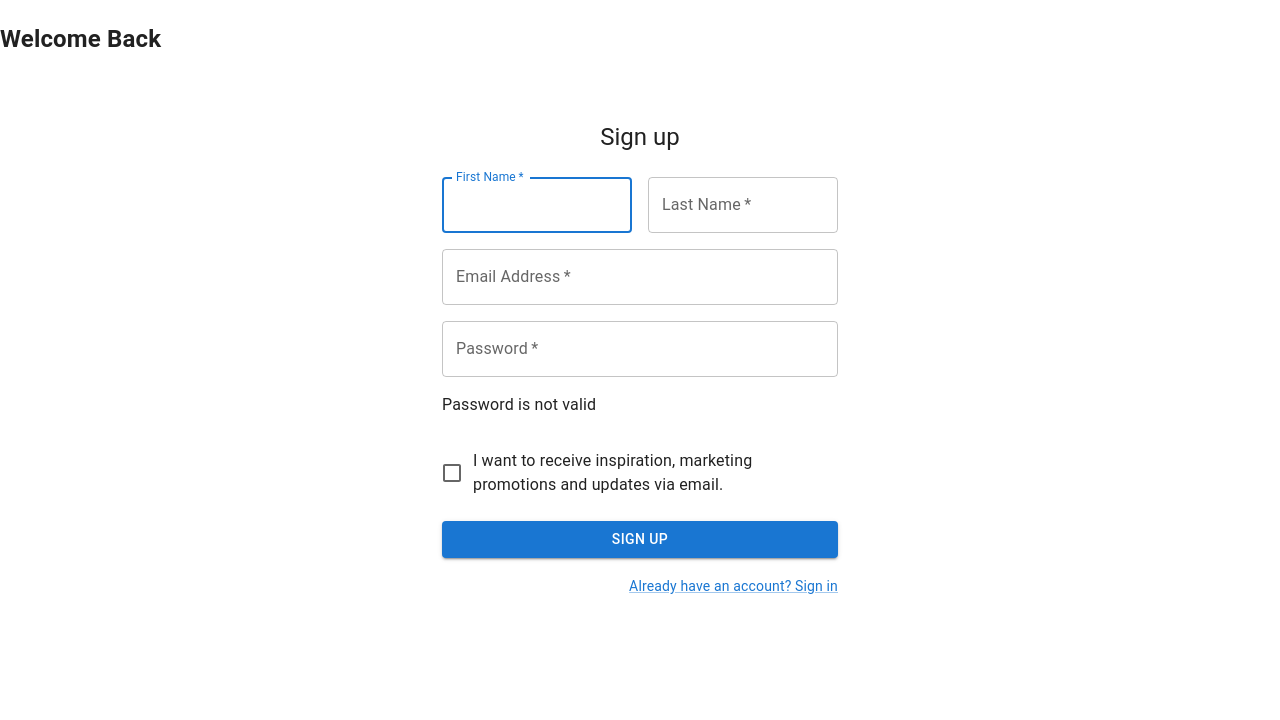
Repository: NGHIAVN1/Note
Page: /
An editor plug-in stored every save of this project. The page is shown before and after the next save, followed by the edit.
The browser window is 1280 px wide. The pictures show the whole page.
The project was rebuilt for these pictures with package versions that can differ from the ones it lists, and the page was loaded fresh each time. Also part of the build but not shown: vite.config.js, src/Pet.jsx, src/useBreedList.jsx, src/SearchParams.jsx.

Above is the page before, as saved 2024-03-05 16:36:57.

### src/index.html
<!DOCTYPE html>
<html lang="en">

<head>
  <meta charset="UTF-8">
  <meta name="viewport" content="width=device-width, initial-scale=1.0">
  <meta http-equiv="X-UA-Compatible" content="ie=edge">
  <title>Adopt Me</title>
</head>

<body>
  <div id="root">not rendered</div>
  <script type="module" src="./App.jsx">
    // Your code is going to go here

  </script>
</body>

</html>

### src/App.jsx
import React from "react";
import "./Register";
import "./SearchParams";
import { createRoot } from "react-dom/client";
import SearchParams from "./SearchParams";
import RegisterUser from "./Register";

const App = () => {
  return (
    <div>
      <h1></h1>
      <h2>Welcome Back</h2>

      <RegisterUser />
    </div>
  );
};

const container = document.getElementById("root");
const root = createRoot(container);
root.render(React.createElement(App));

### src/Register.jsx
import * as React from "react";
import Avatar from "@mui/material/Avatar";
import Button from "@mui/material/Button";
import CssBaseline from "@mui/material/CssBaseline";
import TextField from "@mui/material/TextField";
import FormControlLabel from "@mui/material/FormControlLabel";
import Checkbox from "@mui/material/Checkbox";
import Link from "@mui/material/Link";
import Grid from "@mui/material/Grid";
import Box from "@mui/material/Box";
import LockOutlinedIcon from "@mui/icons-material/LockOutlined";
import Typography from "@mui/material/Typography";
import Container from "@mui/material/Container";
import { createTheme, ThemeProvider } from "@mui/material/styles";
import { useState } from "react";

const defaultTheme = createTheme();

export default function RegisterUser() {
  const handleSubmit = (event) => {
    event.preventDefault();
    const data = new FormData(event.currentTarget);
    console.log({
      email: data.get("email"),
      password: data.get("password"),
    });
  };
  const [password, setPassword] = useState("");
  const validatePassword = (password) => {
    const regex =
      /^(?=.*[A-Za-z])(?=.*\d)(?=.*[@$!%*#?&])[A-Za-z\d@$!%*#?&]{8,}$/;
    return regex.test(password);
  };

  return (
    <ThemeProvider theme={defaultTheme}>
      <Container component="main" maxWidth="xs">
        <CssBaseline />
        <Box
          sx={{
            marginTop: 8,
            display: "flex",
            flexDirection: "column",
            alignItems: "center",
          }}
        >
          <Typography component="h1" variant="h5">
            Sign up
          </Typography>
          <Box
            component="form"
            noValidate
            onSubmit={handleSubmit}
            sx={{ mt: 3 }}
          >
            <Grid container spacing={2}>
              <Grid item xs={12} sm={6}>
                <TextField
                  autoComplete="given-name"
                  name="firstName"
                  required
                  fullWidth
                  id="firstName"
                  label="First Name"
                  autoFocus
                />
              </Grid>
              <Grid item xs={12} sm={6}>
                <TextField
                  required
                  fullWidth
                  id="lastName"
                  label="Last Name"
                  name="lastName"
                  autoComplete="family-name"
                />
              </Grid>
              <Grid item xs={12}>
                <TextField
                  required
                  fullWidth
                  id="email"
                  label="Email Address"
                  name="email"
                  autoComplete="email"
                />
              </Grid>
              <Grid item xs={12}>
                <TextField
                  required
                  fullWidth
                  name="password"
                  label="Password"
                  type="password"
                  id="password"
                  onChange={(e) => {
                    setPassword(e.target.value);
                  }}
                />
                <p>
                  {validatePassword(password)
                    ? "Password is valid"
                    : "Password is not valid"}
                </p>
              </Grid>
              <Grid item xs={12}>
                <FormControlLabel
                  control={
                    <Checkbox value="allowExtraEmails" color="primary" />
                  }
                  label="I want to receive inspiration, marketing promotions and updates via email."
                />
              </Grid>
            </Grid>
            <Button
              type="submit"
              fullWidth
              variant="contained"
              sx={{ mt: 3, mb: 2 }}
            >
              Sign Up
            </Button>
            <Grid container justifyContent="flex-end">
              <Grid item>
                <Link href="#" variant="body2">
                  Already have an account? Sign in
                </Link>
              </Grid>
            </Grid>
          </Box>
        </Box>
      </Container>
    </ThemeProvider>
  );
}

After the next save:
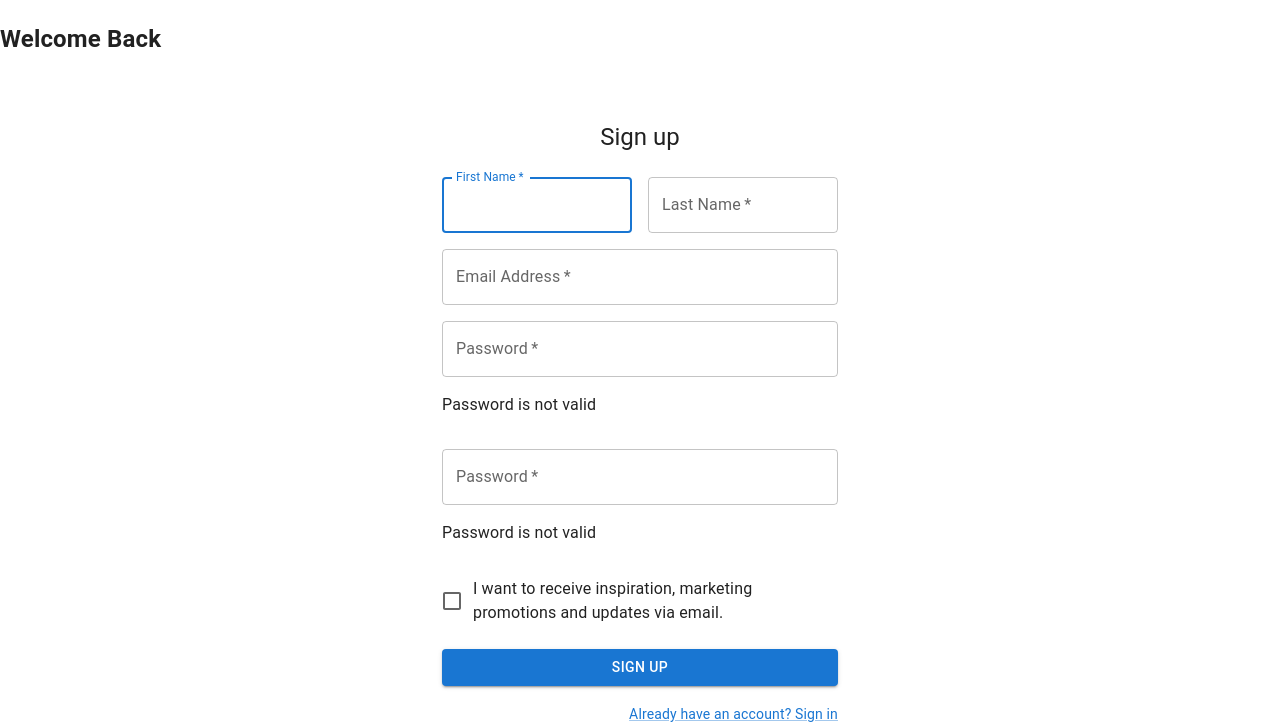
Saved 87 s later.
--- a/src/Register.jsx
+++ b/src/Register.jsx
@@ -104,6 +104,24 @@ export default function RegisterUser() {
                 </p>
               </Grid>
               <Grid item xs={12}>
+                <TextField
+                  required
+                  fullWidth
+                  name="password"
+                  label="Password"
+                  type="password"
+                  id="password"
+                  onChange={(e) => {
+                    setPassword(e.target.value);
+                  }}
+                />
+                <p>
+                  {validatePassword(password)
+                    ? "Password is valid"
+                    : "Password is not valid"}
+                </p>
+              </Grid>
+              <Grid item xs={12}>
                 <FormControlLabel
                   control={
                     <Checkbox value="allowExtraEmails" color="primary" />
